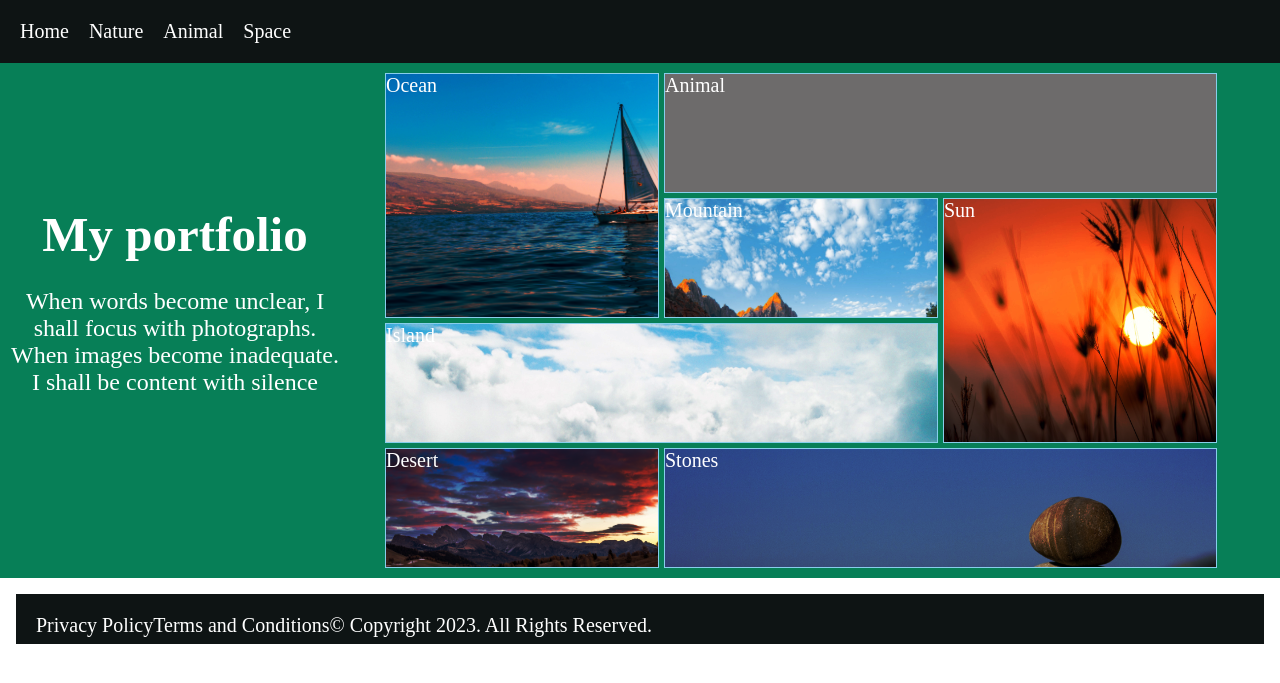
Repository: suraj-yadav7/03_Gallery_Portfolio
Page: index.html
The author's editor kept a copy of each file at every save. The page is drawn from the files as they stood at one save, then again after the next save.
The browser window is 1280 px wide. The pictures show the whole page.
Pictures or frames that could not be fetched are drawn as grey boxes. Some web fonts or font styles are not loaded; a fallback is used.

Above is the page before, as saved 2023-02-14 21:23:40.

### index.html
<!DOCTYPE html>
<html lang="en">
<head>
    <meta charset="UTF-8">
    <meta http-equiv="X-UA-Compatible" content="IE=edge">
    <meta name="viewport" content="width=device-width, initial-scale=1.0">
    <title>Gallery</title>
    <link rel="stylesheet" href="style.css">
</head>
<body>
    <nav class="nav-section">
        <div class="nav-container">
        <ul class="nav-item flex">
            <li>    <a href="#">Home</a>   </li>
            <li>    <a href="#">Nature</a> </li>
            <li>    <a href="#">Animal</a> </li>
            <li>    <a href="#">Space</a> </li>
        </ul>
        </div>
    </nav>

        <div class="container flex">
            <div class="header-text">
                <h1 class="heading">My portfolio</h1>
                <p class="para">When words become unclear, I shall focus with photographs. When images become inadequate. I shall be content with silence</p>
            </div>
            <div class="gallery-layout">
                <div class="box" id="box1">Ocean</div>
                <div class="box" id="box2">Animal</div>
                <div class="box" id="box3">Mountain</div>
                <div class="box" id="box4">Sun</div>
                <div class="box" id="box5">Island</div>
                <div class="box" id="box6">Desert</div>
                <div class="box" id="box7">Stones</div>
            </div>
        </div>
        <footer>
            <div class="flex">
                <a>Privacy Policy</a>
                <a>Terms and Conditions</a>
                <a>© Copyright 2023. All Rights Reserved.</a>
            </div>
        </footer>
</body>
</html>

### style.css
@import url('https://fonts.googleapis.com/css2?family=Bodoni+Moda:ital,opsz@0,6..96;1,6..96&display=swap');

*{
    margin: 0;
    padding: 0;
    box-sizing: border-box;
}

:root{
    --primary-text-color: #1a0000;
    --secondary-text-color:  #33331a;
    --accent-color:  #cc99ff;
    --accent-dark-color: #4d88ff;
    --padding-inline-section: 20px;
}


/* Utility */


a{
    text-decoration: none;
    color: rgb(255, 255, 255);


}

.flex{
    display: flex;
    align-items: center;

}

/* Nav section */
.nav-container{
    background-color: rgb(14, 20, 20);
    padding: var(--padding-inline-section);
    font-family: 'Bodoni Moda', serif;
    font-size: 20px;


}
.nav-item{
    gap: 20px;
    list-style: none;
}
a:hover{
    color:#fff;
}

/*main -section */
.container{
    background-color: rgb(7, 127, 87);
    padding-block: 10px;
    gap: 35px;
    font-family: "bodoni modo" ;

}
.header-text{
    height: 250px;
   width: 350px;
    color: white;
    text-align: center;
    padding: 10px;

}
.heading{
    font-size: 49px;
}
.para{
    margin-top: 25px;
    font-size: 1.5rem;
}
.gallery-layout{
    display: grid;
    row-gap: 5px;
    column-gap: 5px;
    grid-template-columns: repeat(3, 1fr);
    grid-auto-rows: 120px;
    flex-basis: 65%;

}

.box{
    background-color: rgb(63, 60, 60);
    border: 1px solid skyblue;
    background-size: cover;
    background-position: top;
    background-blend-mode: hard-light;
    transition: all 1s ease-in-out;
    cursor: pointer;
    color: white;
    font-size: 20px;


}
.box:hover{
    background-color:rgb(210, 204, 204) ;
    background-position: center;

    box-shadow: 0 0 4px #fff;

}

#box1{
    grid-row: span 2;
    background-image: url("images/pexels-szelei-robert-1482193.jpg");


}

#box2{
    grid-column: span 2;
    background-image: url("images/pexels-dsd-1829979.jpg");

}
#box3{
    background-image: url("images/pexels-michael-block-3225517.jpg");

}

#box4{
    grid-row: span 2;
    background-image: url("images/pexels-darwis-alwan-1454752.jpg");
}

#box5{
    grid-column: span 2;
    background-image: url("images/pexels-michael-block-3225524.jpg");

}
#box6{
    background-image: url("images/pexels-michal-lizuch-2919720.jpg");

}

#box7{
    grid-column: span 2;
    background-image: url("images/pexels-pixabay-235990.jpg");

}


/* Footer */
footer{
    height: 50px;
    max-width: 100%;
    background-color: rgb(14, 20, 20);
    padding: var(--padding-inline-section);
    font-family: 'Bodoni Moda', serif;
    font-size: 20px;
    margin:1rem;
}

/* media queries for Mobile Responsiveness */

@media screen and (max-width: 1024px){

    .container{
        flex-direction: column;
        padding: 20px;
    }
    .box{
        grid-column: span 3;
        grid-row: span 1;

    }
.gallery-layout{
    margin-top:-20px;
    width: 100%;
    grid-auto-rows: 100px;
    padding-inline: 12px;
    row-gap: 10px;

}
#box2, #box5, #box7{
    grid-column: span 3;
}

}

After the next save:
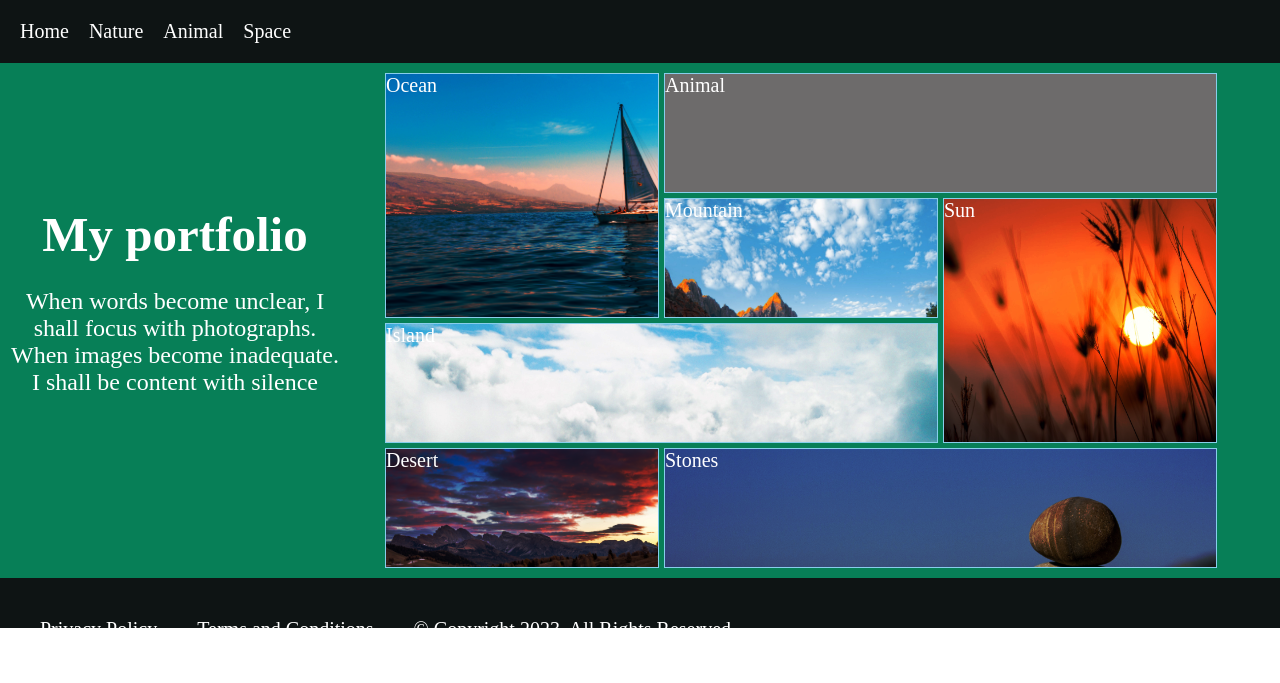
Saved 83 s later.
--- a/style.css
+++ b/style.css
@@ -149,9 +149,10 @@ footer{
     padding: var(--padding-inline-section);
     font-family: 'Bodoni Moda', serif;
     font-size: 20px;
-    margin:1rem;
 }
-
+footer a{
+margin:20px;
+}
 /* media queries for Mobile Responsiveness */
 
 @media screen and (max-width: 1024px){
